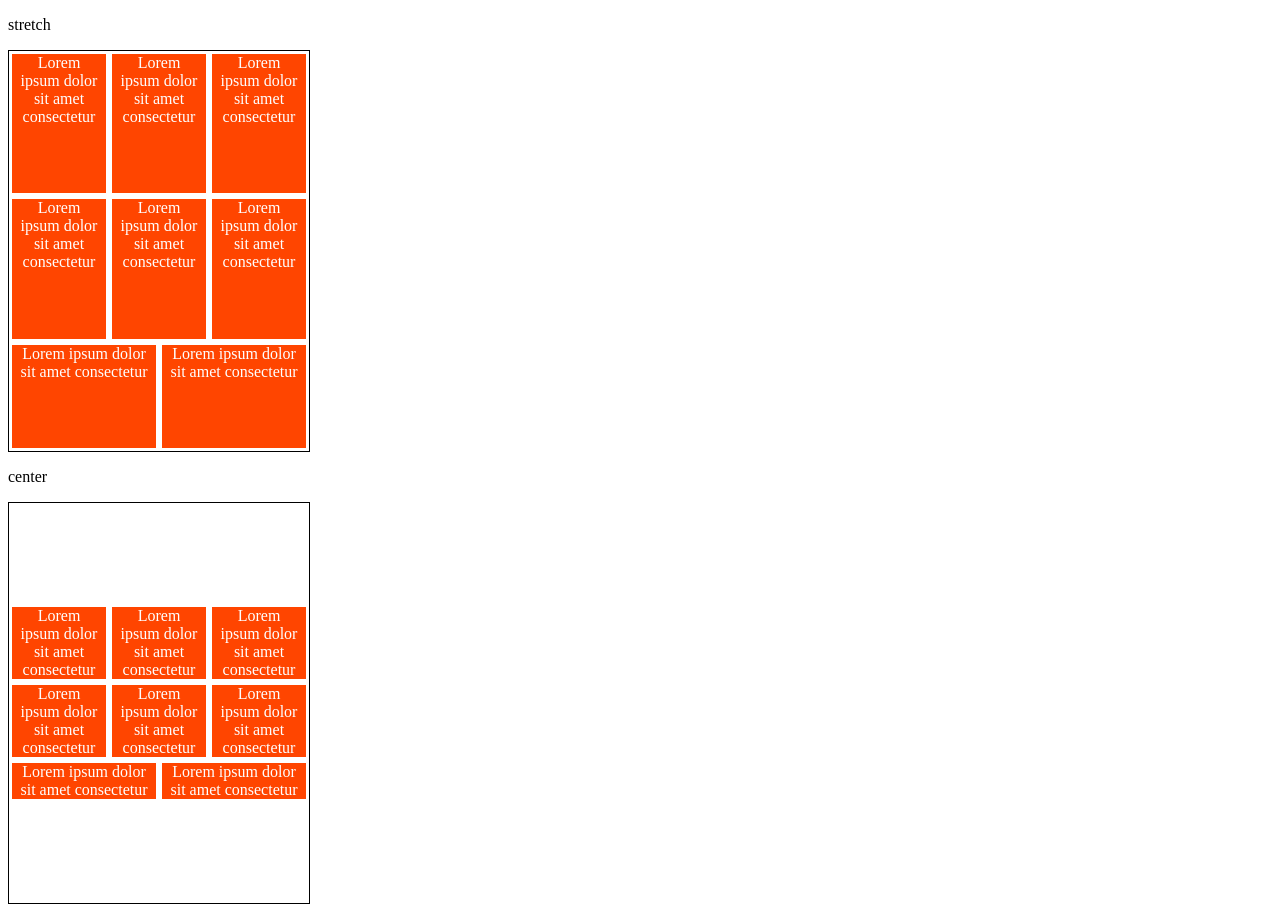
Repository: gabrielbino/projects-dio
Page: Flexbox/@align-content.html
The author's editor kept a copy of each file at every save. The page is drawn from the files as they stood at one save, then again after the next save.
The browser window is 1280 px wide. The pictures show the whole page.

Above is the page before, as saved 2021-10-22 18:38:06.

After the next save:
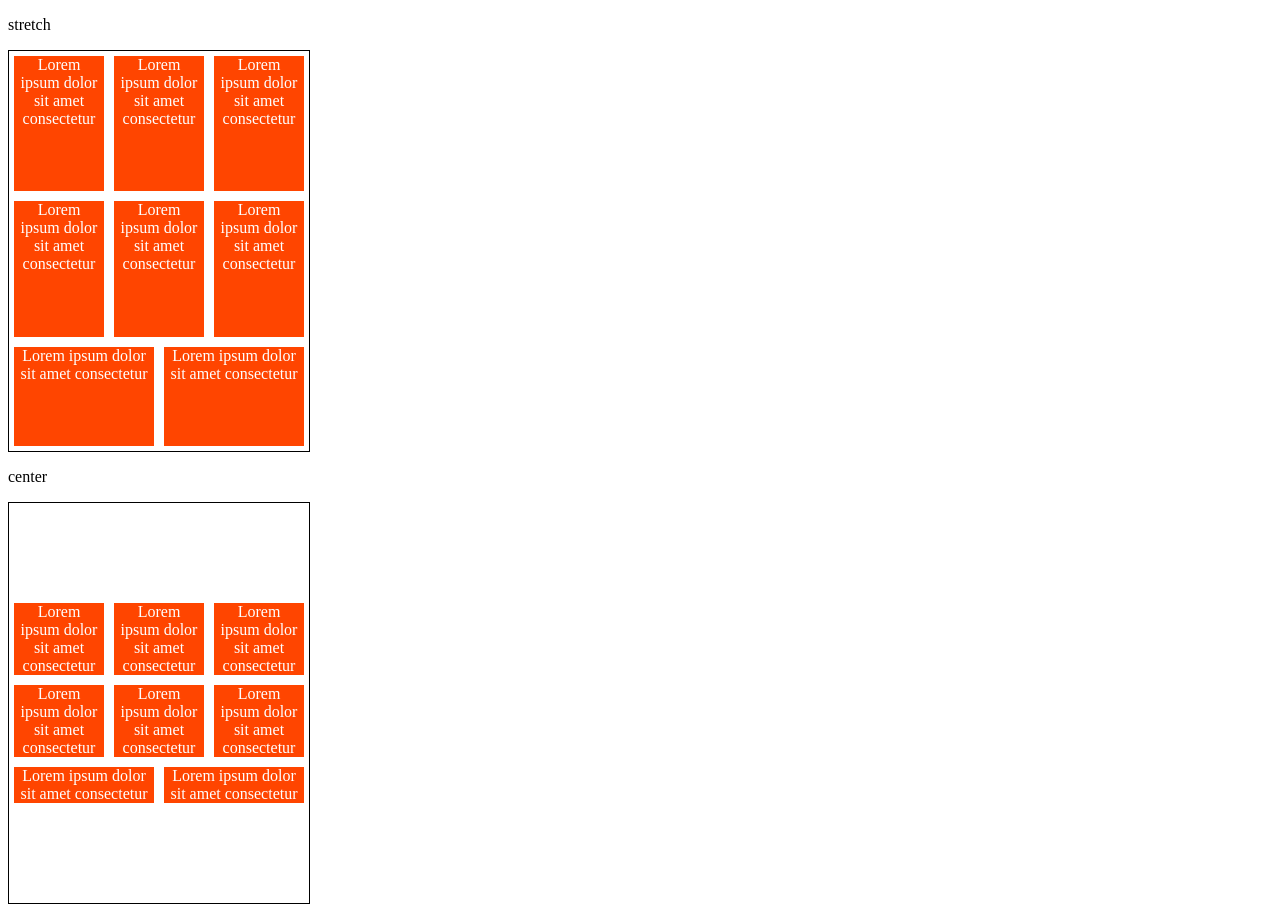
Saved 8 s later.
--- a/Flexbox/@align-content.html
+++ b/Flexbox/@align-content.html
@@ -17,7 +17,7 @@
         background-color: orangered;
         color: white;
         padding: 0 5px;
-        margin: 3px;
+        margin: 5px;
         text-align: center;
         flex: 1;
       }
